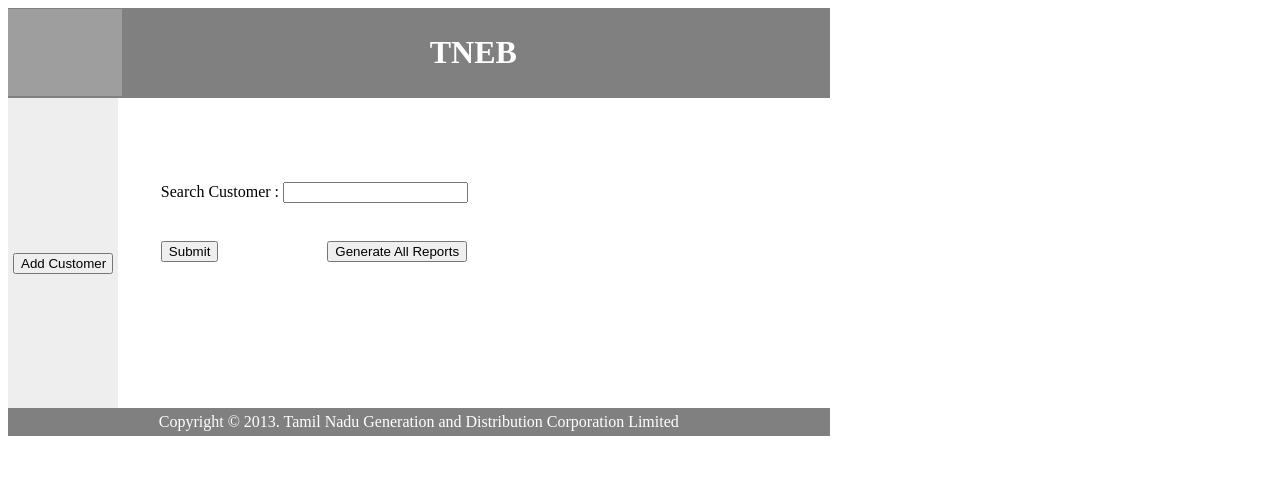
Repository: vjbrocode/Hackathon
Page: http://localhost/TNEB_billing/BillReport.jsp
The author's editor kept a copy of each file at every save. The page is drawn from the files as they stood at one save, then again after the next save.
The browser window is 1280 px wide. The pictures show the whole page.
Pictures or frames that could not be fetched are drawn as grey boxes. Some web libraries are served in a nearby version. The page is served by Tomcat 9.

Above is the page before, as saved 2015-07-03 01:04:22.

After the next save:
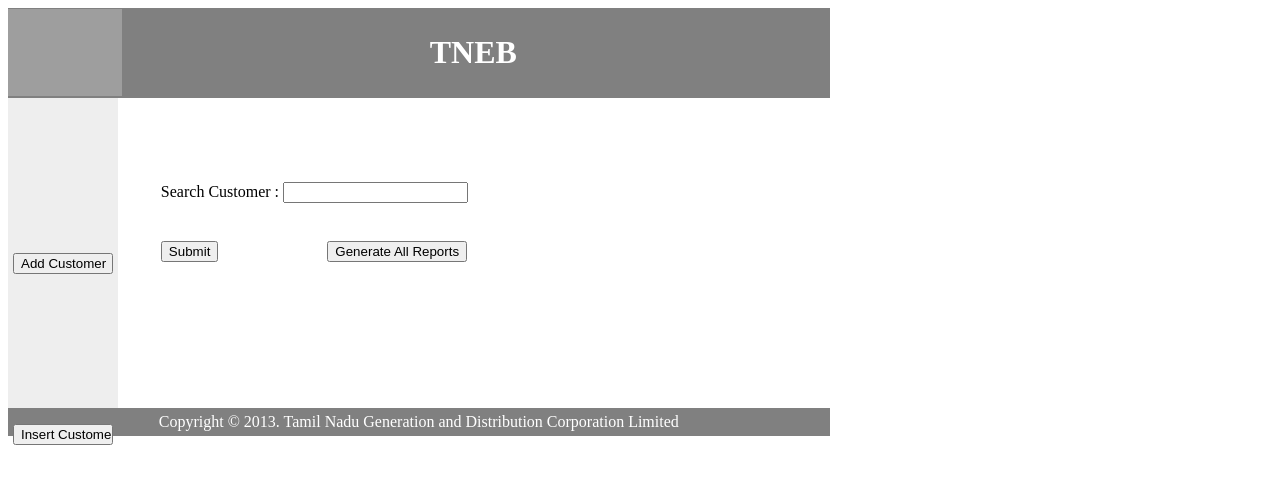
Saved 5 min 12 s later.
--- a/workspace-Pradeep/TNEB billing/WebContent/BillReport.jsp
+++ b/workspace-Pradeep/TNEB billing/WebContent/BillReport.jsp
@@ -44,6 +44,12 @@
    function myfunction(){
      $('#section').html('');
    }
+   function myReportfun(){
+	   var divhtml = 'Search Customer : <input type="text" value=""  name="report" />';
+			   divhtml = divhtml+'<input type="submit" value="Submit" />';
+				divhtml = divhtml+'<input type="submit" value="Generate All Reports" name="report" style="margin-top: 11%; margin-left: 30%;" />';
+		$('#section').html(divhtml);
+   }
    </script>
    <body>
       <form action="serv/bill" method="post">
@@ -54,6 +60,7 @@
          </div>
          <div id="nav">
             <input type="button" value="Add Customer" onclick="myfunction();" style="width:100%;margin-top: 150%;">
+             <input type="button" value="Insert Customer" onclick="myReportfun();" style="width:100%; margin-top: 150%;">
          </div>
          <div id="section">
              Search Customer : <input type="text" value=""  name="report" />
